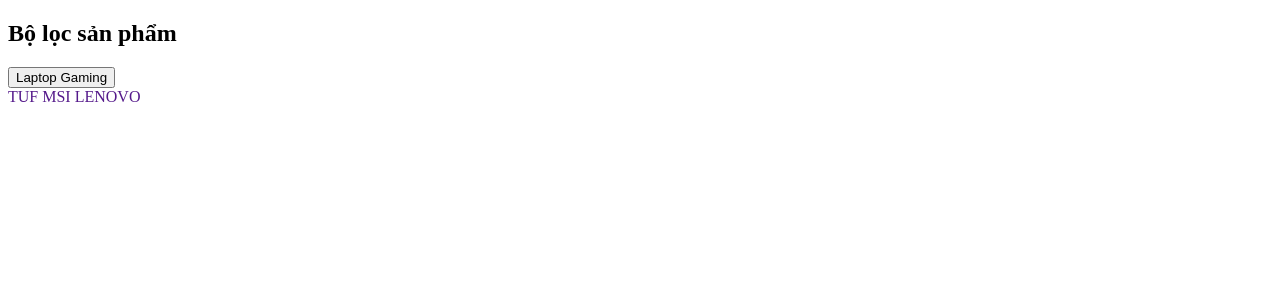
Repository: HPNChanel/DACS
Page: product.html
An editor plug-in stored every save of this project. The page is shown before and after the next save, followed by the edit.
The browser window is 1280 px wide. The pictures show the whole page.

Above is the page before, as saved 2023-04-11 17:18:17.

### product.html
<!DOCTYPE html>
<html lang="en">
    <head>
        <meta charset="UTF-8" />
        <meta http-equiv="X-UA-Compatible" content="IE=edge" />
        <meta name="viewport" content="width=device-width, initial-scale=1.0" />
        <title>PRODUCT</title>
        <link rel="stylesheet" href="./style/product.css" />
    </head>
    <body>
        <div class="sidebar">
            <h2>Bộ lọc sản phẩm</h2>
            <div class="sidebar-content">
                <button class="dropdown-btn">
                    Laptop Gaming
                    <i class="fa fa-caret-down"></i>
                </button>
                <div class="dropdown-container">
                    <a href="">TUF</a>
                    <a href="">MSI</a>
                    <a href="">LENOVO</a>
                </div>
            </div>
        </div>

        <script src="./product.js"></script>
    </body>
</html>

### style/product.css
:root {
    --nav-width: 92px;

    /*===== Colores =====*/
    --first-color: #0c5df4;
    --bg-color: #12192c;
    --sub-color: #b6cefc;
    --white-color: #fff;

    /*===== Fuente y tipografia =====*/
    --body-font: "Poppins", sans-serif;
    --normal-font-size: 1rem;
    --small-font-size: 0.875rem;

    /*===== z index =====*/
    --z-fixed: 100;
}
*,
::before,
::after {
    box-sizing: border-box;
}
h1 {
    margin: 0;
}
ul {
    margin: 0;
    padding: 0;
    list-style: none;
}
a {
    text-decoration: none;
}

/*===== l NAV =====*/
.l-navbar {
    position: fixed;
    top: 0;
    left: 0;
    width: var(--nav-width);
    height: 100vh;
    background-color: var(--bg-color);
    color: var(--white-color);
    padding: 1.5rem 1.5rem 2rem;
    transition: 0.5s;
    z-index: var(--z-fixed);
}

/*===== NAV =====*/
.nav {
    height: 100%;
    display: flex;
    flex-direction: column;
    justify-content: space-between;
    overflow: hidden;
}
.nav__brand {
    display: grid;
    grid-template-columns: max-content max-content;
    justify-content: space-between;
    align-items: center;
    margin-bottom: 2rem;
}
.nav__toggle {
    font-size: 1.25rem;
    padding: 0.75rem;
    cursor: pointer;
}
.nav__logo {
    color: var(--white-color);
    font-weight: 600;
}

.nav__link {
    display: grid;
    grid-template-columns: max-content max-content;
    align-items: center;
    column-gap: 0.75rem;
    padding: 0.75rem;
    color: var(--white-color);
    border-radius: 0.5rem;
    margin-bottom: 1rem;
    transition: 0.3s;
    cursor: pointer;
}
.nav__link:hover {
    background-color: var(--first-color);
}
.nav__icon {
    font-size: 1.25rem;
}
.nav__name {
    font-size: var(--small-font-size);
}

/*Expander menu*/
.expander {
    width: calc(var(--nav-width) + 9.25rem);
}

/*Add padding body*/
.body-pd {
    padding: 2rem 0 0 16rem;
}

/*Active links menu*/
.active {
    background-color: var(--first-color);
}

/*===== COLLAPSE =====*/
.collapse {
    grid-template-columns: 20px max-content 1fr;
}
.collapse__link {
    justify-self: flex-end;
    transition: 0.5s;
}
.collapse__menu {
    display: none;
    padding: 0.75rem 2.25rem;
}
.collapse__sublink {
    color: var(--sub-color);
    font-size: var(--small-font-size);
}
.collapse__sublink:hover {
    color: var(--white-color);
}

/*Show collapse*/
.showCollapse {
    display: block;
}

/*Rotate icon*/
.rotate {
    transform: rotate(180deg);
}

### product.js
/*===== EXPANDER MENU  =====*/
const showMenu = (toggleId, navbarId, bodyId) => {
    const toggle = document.getElementById(toggleId),
        navbar = document.getElementById(navbarId),
        bodypadding = document.getElementById(bodyId);

    if (toggle && navbar) {
        toggle.addEventListener("click", () => {
            navbar.classList.toggle("expander");

            bodypadding.classList.toggle("body-pd");
        });
    }
};
showMenu("nav-toggle", "navbar", "body-pd");

/*===== LINK ACTIVE  =====*/
const linkColor = document.querySelectorAll(".nav__link");
function colorLink() {
    linkColor.forEach((l) => l.classList.remove("active"));
    this.classList.add("active");
}
linkColor.forEach((l) => l.addEventListener("click", colorLink));

/*===== COLLAPSE MENU  =====*/
const linkCollapse = document.getElementsByClassName("collapse__link");
var i;

for (i = 0; i < linkCollapse.length; i++) {
    linkCollapse[i].addEventListener("click", function () {
        const collapseMenu = this.nextElementSibling;
        collapseMenu.classList.toggle("showCollapse");

        const rotate = collapseMenu.previousElementSibling;
        rotate.classList.toggle("rotate");
    });
}

After the next save:
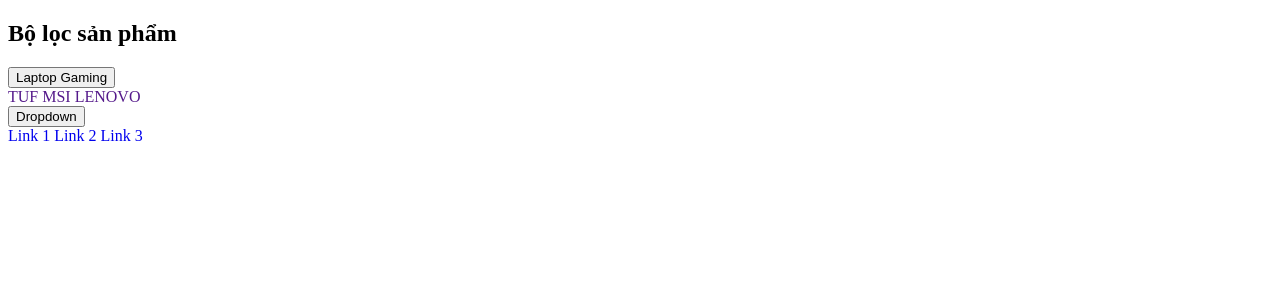
Saved 21 s later.
--- a/product.html
+++ b/product.html
@@ -20,6 +20,15 @@
                     <a href="">MSI</a>
                     <a href="">LENOVO</a>
                 </div>
+                <button class="dropdown-btn">
+                    Dropdown
+                    <i class="fa fa-caret-down"></i>
+                </button>
+                <div class="dropdown-container">
+                    <a href="#">Link 1</a>
+                    <a href="#">Link 2</a>
+                    <a href="#">Link 3</a>
+                </div>
             </div>
         </div>
 

After the save that followed:
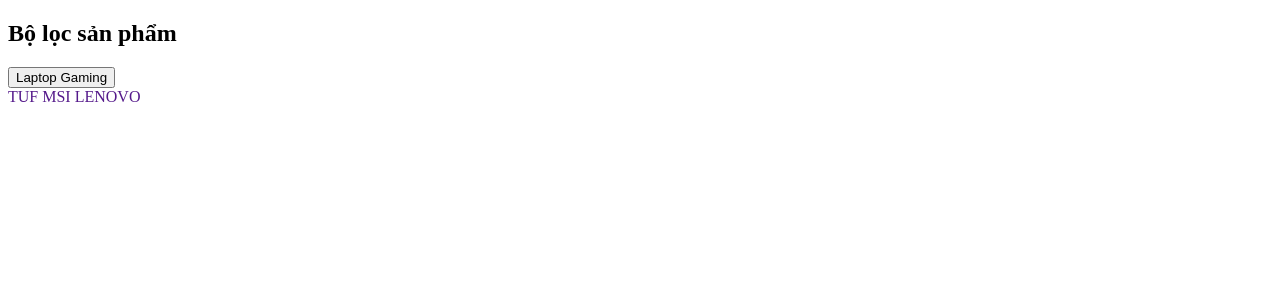
Saved 12 s later.
--- a/product.html
+++ b/product.html
@@ -20,15 +20,6 @@
                     <a href="">MSI</a>
                     <a href="">LENOVO</a>
                 </div>
-                <button class="dropdown-btn">
-                    Dropdown
-                    <i class="fa fa-caret-down"></i>
-                </button>
-                <div class="dropdown-container">
-                    <a href="#">Link 1</a>
-                    <a href="#">Link 2</a>
-                    <a href="#">Link 3</a>
-                </div>
             </div>
         </div>
 
